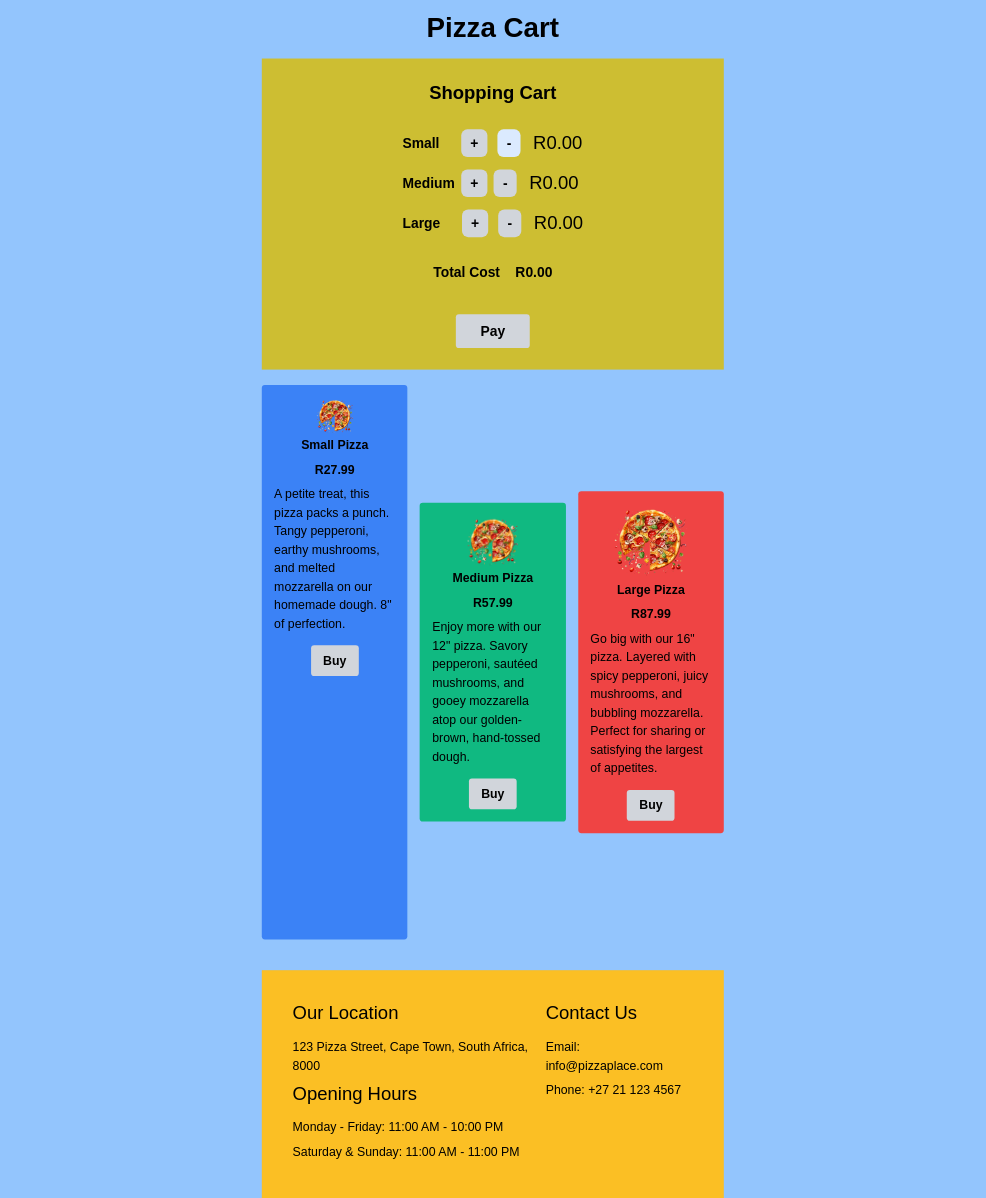
Repository: lasity34/pizza_cart
Page: index.html
An editor plug-in stored every save of this project. The page is shown before and after the next save, followed by the edit.
The browser window is 1280 px wide. The pictures show the whole page, at 77% of full size.
Some web fonts or font styles are not loaded; a fallback is used. Some web libraries are served in a nearby version.

Above is the page before, as saved 2023-07-12 14:17:02.

### index.html
<!DOCTYPE html>
<html lang="en">
  <head>
    <meta charset="UTF-8" />
    <meta name="viewport" content="width=device-width, initial-scale=1.0" />
    <title>Pizza Cart</title>
    <script src="//unpkg.com/alpinejs" defer></script>
    <link
      href="https://cdn.jsdelivr.net/npm/tailwindcss@2.1.2/dist/tailwind.min.css"
      rel="stylesheet"
    />
    <link href="./style.css" rel="stylesheet" />
    <link rel="preconnect" href="https://fonts.googleapis.com">
<link rel="preconnect" href="https://fonts.gstatic.com" crossorigin>
<link href="https://fonts.googleapis.com/css2?family=Titillium+Web:ital@0;1&family=Tsukimi+Rounded:wght@300;400;500&display=swap" rel="stylesheet">
  </head>
  <body x-data="cart" class="bg-blue-300" x-cloak>
    <section class="flex justify-center items-center">
      <h1 class="text-4xl pt-4 font-bold">Pizza Cart</h1>
    </section>

    <section
    class="shop-container my-5 p-7 flex flex-col text-xs   sm:text-base  md:text-lg  lg:text-lg justify-center items-center"
  >
      <h2 class="text-2xl mb-2 font-bold">Shopping Cart</h2>
      <div class="mt-6 flex flex-col items-center">
        <div >
          <div class="flex items-center mb-4">
            <p class="font-bold mr-2">Small</p>
            <div class="ml-5">
              <button
                @click="increment('small')"
                class="bg-gray-300 hover:bg-gray-400 rounded-lg px-3 py-1 mr-2 font-bold"
              >
                +
              </button>
              <button
                @click="decrement('small')"
                class="bg-blue-100 hover:bg-gray-400 rounded-lg px-3 py-1 font-bold"
              >
                -
              </button>
            </div>
            <p class="ml-4 text-2xl">
              R<span x-text="(smallAmount * prices.small).toFixed(2)"
                >0.00</span
              >
            </p>
          </div>
          <div class="flex items-center mb-4">
            <p class="font-bold mr-2 text-red">Medium</p>
            <button
              @click="increment('medium')"
              class="bg-gray-300 hover:bg-gray-400 rounded-lg px-3 py-1 mr-2 font-bold"
            >
              +
            </button>
            <button
              @click="decrement('medium')"
              class="bg-gray-300 hover:bg-gray-400 rounded-lg px-3 py-1 font-bold"
            >
              -
            </button>
            <p class="ml-4 text-2xl">
              R<span x-text="(mediumAmount * prices.medium).toFixed(2)"
                >0.00</span
              >
            </p>
          </div>
          <div class="flex items-center mb-4">
            <p class="font-bold mr-2">Large</p>
            <div class="ml-5">
              <button
                @click="increment('large')"
                class="bg-gray-300 hover:bg-gray-400 rounded-lg px-3 py-1 mr-2 font-bold"
              >
                +
              </button>
              <button
                @click="decrement('large')"
                class="bg-gray-300 hover:bg-gray-400 rounded-lg px-3 py-1 font-bold"
              >
                -
              </button>
            </div>
            <p class="ml-4 text-2xl">
              R<span x-text="(largeAmount * prices.large).toFixed(2)"
                >0.00</span
              >
            </p>
          </div>
        </div>
        <div class="flex justify-center mt-4">
          <p class="font-bold">Total Cost</p>
          <p class="ml-5 font-bold">R<span x-text="total().toFixed(2)">0.00</span></p>
        </div>
        <div class="mt-4">
          <span  x-html="payMessage"></span>
        </div>

        <div class="mt-4" x-show="total() !== 0" x-cloak>
          <label class="font-bold">Payment Amount:</label>
          <input placeholder="Enter payment here" type="number" step="0.01" class="rounded ml-2 py-2" x-model="paymentAmount" />
        </div>
        <div class="mt-6">
          <button
          x-cloak
          @click="paymentTotal()"
            class="bg-gray-300 hover:bg-gray-400 py-2 px-8 rounded font-bold"
          >
            <span x-text="total() === 0 ? 'Pay' : 'Checkout'"></span>
          </button>
        </div>
      </div>
    </section>

    <section class="pizza_columns">
      <div class="flex flex-col gap-4 mx-auto items-center lg:flex-row  justify-center">
        <div class="flex bg-blue-500 rounded p-4 w-4/5 lg: flex flex-col justify-between text-black lg:min-h-screen">
          <div class="flex flex-col items-center justify-center h-full">
            <img src="./pizza.png" width="50" />
            <h3 class="mb-2 font-bold">Small Pizza</h3>
            <h3 class="mb-2 font-bold">R27.99</h3>
            <p class="mb-4">
              A petite treat, this pizza packs a punch. Tangy pepperoni, earthy
              mushrooms, and melted mozzarella on our homemade dough. 8" of
              perfection.
            </p>
            <button
              @click="buy('small')"
              :disabled="smallAdded"
              class="bg-gray-300 hover:bg-gray-400 transition-colors duration-300 py-2 px-4 rounded font-bold"
            >
              Buy
            </button>
          </div>
        </div>
        <div class="pizza_md bg-green-500 rounded p-4  w-4/5 lg:w-4/5 flex flex-col justify-between text-black ">
          <div class="flex flex-col items-center justify-center h-full">
            <img src="./pizza.png" width="70" />
            <h3 class="mb-2 font-bold">Medium Pizza</h3>
            <h3 class="mb-2 font-bold">R57.99</h3>
            <p class="mb-4">
              Enjoy more with our 12" pizza. Savory pepperoni, sautéed
              mushrooms, and gooey mozzarella atop our golden-brown, hand-tossed
              dough.
            </p>
            <button
              @click="buy('medium')"
              :disabled="mediumAdded"
              class="bg-gray-300 hover:bg-gray-400 transition-colors duration-300 py-2 px-4 rounded font-bold"
            >
              Buy
            </button>
          </div>
        </div>
        <div class="pizza_lg bg-red-500 rounded p-4 w-4/5  lg:w-4/5 flex flex-col justify-between text-black md:h-full">
          <div class="flex flex-col items-center justify-center h-full">
            <img src="./pizza.png" width="100" />
            <h3 class="mb-2 font-bold">Large Pizza</h3>
            <h3 class="mb-2 font-bold">R87.99</h3>
            <p class="mb-4">
              Go big with our 16" pizza. Layered with spicy pepperoni, juicy
              mushrooms, and bubbling mozzarella. Perfect for sharing or
              satisfying the largest of appetites.
            </p>
            <button
              @click="buy('large')"
              :disabled="largeAdded"
              class="bg-gray-300 hover:bg-gray-400 transition-colors duration-300 py-2 px-4 rounded font-bold"
            >
              Buy
            </button>
          </div>
        </div>
      </div>


      <footer class="bg-yellow-400 text-black mt-10 p-10">
        <div class="container mx-auto flex justify-between">
          <div>
            <h2 class="text-2xl mb-4">Our Location</h2>
            <p class="mb-2">123 Pizza Street, Cape Town, South Africa, 8000</p>

            <h2 class="text-2xl mb-4">Opening Hours</h2>
            <p class="mb-2">Monday - Friday: 11:00 AM - 10:00 PM</p>
            <p class="mb-2">Saturday & Sunday: 11:00 AM - 11:00 PM</p>
          </div>
          <div>
            <h2 class="text-2xl mb-4">Contact Us</h2>
            <p class="mb-2">Email: info@pizzaplace.com</p>
            <p class="mb-2">Phone: +27 21 123 4567</p>
          </div>
        </div>
      </footer>
    </section>
    <div
    x-show="show"
    x-transition:enter="transition ease-out duration-300"
    x-transition:enter-start="opacity-0 transform scale-90"
    x-transition:enter-end="opacity-100 transform scale-100"
    x-transition:leave="transition ease-in duration-300"
    x-transition:leave-start="opacity-100 transform scale-100"
    x-transition:leave-end="opacity-0 transform scale-90"
    class="fixed inset-0 flex items-center justify-center z-50"
  >
    <div class="bg-green-800 text-white rounded p-5 shadow-lg">

      <p x-text="message"></p>
      <!-- Removed the Close button -->
    </div>
  </div>


    <script src="./pizza.js"></script>
  </body>
</html>

### style.css

body {
    max-width: 600px;
    margin: 0 auto;

font-family: 'Tsukimi Rounded', sans-serif;
}

.shop-container {
    background-color: rgb(205, 190, 50);
}

input::-webkit-outer-spin-button,
input::-webkit-inner-spin-button {
  -webkit-appearance: none;
  margin: 0;
}

input[type="number"] {
  -moz-appearance: textfield;
 text-indent: 10px;
}

[x-cloak] { display: none; }

### pizza.js
function cart() {
  return {
    smallAmount: 0,
    mediumAmount: 0,
    largeAmount: 0,
    paymentAmount: 0,
    message: "",
    payMessage: "",
    smallAdded: false,
    mediumAdded: false,
    largeAdded: false,
    show: false,
    prices: {
      small: 27.99,
      medium: 57.99,
      large: 87.99,
    },
    lastMessageAdded: '',
    increment(size) {
      if (size === "small" && this.smallAdded) {
        this.smallAmount++;
      } else if (size === "medium" && this.mediumAdded) {
        this.mediumAmount++;
      } else if (size === "large" && this.largeAdded) {
        this.largeAmount++;
      }
    },
    buy(size) {
      if (size === "small") {
        this.smallAdded = true;
        this.smallAmount++;  // increment the small pizza count
        this.message = 'Small Pizza has been added';
      } else if (size === "medium") {
        this.mediumAdded = true;
        this.mediumAmount++;  // increment the medium pizza count
        this.message = 'Medium Pizza has been added';
      } else if (size === "large") {
        this.largeAdded = true;
        this.largeAmount++;  // increment the large pizza count
        this.message = 'Large Pizza has been added';
      }
      this.toggleModal();
    },
    decrement(size) {
      if(size === 'small' && this.smallAmount > 0 && this.smallAdded) {
        this.smallAmount--;
        if(this.smallAmount === 0) this.smallAdded = false;
      }
      if(size === 'medium' && this.mediumAmount > 0 && this.mediumAdded) {
        this.mediumAmount--;
        if(this.mediumAmount === 0) this.mediumAdded = false;
      }
      if(size === 'large' && this.largeAmount > 0 && this.largeAdded) {
        this.largeAmount--;
        if(this.largeAmount === 0) this.largeAdded = false;
      }
    },
    total() {
      return (
        this.smallAmount * this.prices.small +
        this.mediumAmount * this.prices.medium +
        this.largeAmount * this.prices.large
      );
    },
    paymentTotal() {
      if (this.paymentAmount < this.total()) {
        this.payMessage = `<p class='flex bg-red-600 text-white py-2 px-4 font-bold text-lg my-3 py-1'>R${(this.total() - this.paymentAmount).toFixed(2)} is needed</p>`;
        setTimeout(() => {
          this.payMessage = "";
        }, 2000);
      } else if (this.paymentAmount > this.total()) {
        this.payMessage = `<p class='flex bg-red-600 text-white py-2 px-4 font-bold text-lg my-3 py-1'>There is R${(this.paymentAmount - this.total()).toFixed(2)} too much</p>`;
        setTimeout(() => {
          this.payMessage = "";
        }, 2000);
      } else if (this.paymentAmount == this.total() && this.total() !== 0) {
        this.payMessage = "<p class='flex bg-green-600 text-white py-2 px-4 font-bold text-lg my-3 py-1'>Enjoy your pizzas<p>";
        this.reset();
        setTimeout(() => {
          this.payMessage = "";
        }, 2000);
      }
    },
    toggleModal() {
      this.show = !this.show;
      if (this.show) {
        setTimeout(() => { this.show = false; }, 2000); // Close after 2 seconds
      }
    },
    reset() {
      this.smallAmount = 0;
      this.mediumAmount = 0;
      this.largeAmount = 0;
      this.paymentAmount = 0;
      this.message = "";

      this.smallAdded = false;
      this.mediumAdded = false;
      this.largeAdded = false;
      this.show = false;
    }
  };
}

document.addEventListener("alpine:init", () => {
  Alpine.data("cart", cart);
});

After the next save:
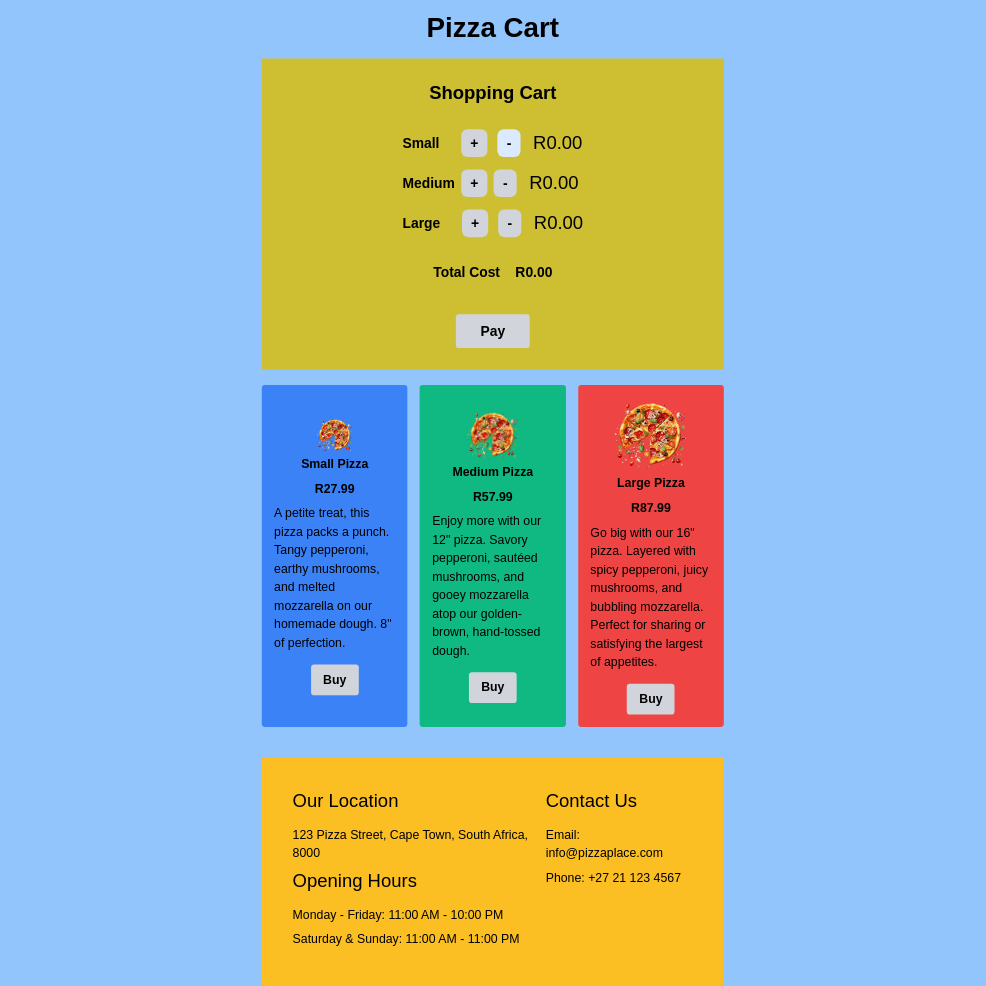
Saved 4 min 59 s later.
--- a/index.html
+++ b/index.html
@@ -115,8 +115,8 @@
     </section>
 
     <section class="pizza_columns">
-      <div class="flex flex-col gap-4 mx-auto items-center lg:flex-row  justify-center">
-        <div class="flex bg-blue-500 rounded p-4 w-4/5 lg: flex flex-col justify-between text-black lg:min-h-screen">
+      <div class="flex flex-col gap-4 mx-auto items-stretch lg:flex-row  justify-center">
+        <div class="flex bg-blue-500 rounded p-4 w-4/5 flex-grow flex-shrink flex flex-col justify-between text-black">
           <div class="flex flex-col items-center justify-center h-full">
             <img src="./pizza.png" width="50" />
             <h3 class="mb-2 font-bold">Small Pizza</h3>
@@ -135,7 +135,7 @@
             </button>
           </div>
         </div>
-        <div class="pizza_md bg-green-500 rounded p-4  w-4/5 lg:w-4/5 flex flex-col justify-between text-black ">
+        <div class="pizza_md bg-green-500 rounded p-4 w-4/5 flex-grow flex-shrink flex flex-col justify-between text-black">
           <div class="flex flex-col items-center justify-center h-full">
             <img src="./pizza.png" width="70" />
             <h3 class="mb-2 font-bold">Medium Pizza</h3>
@@ -154,7 +154,7 @@
             </button>
           </div>
         </div>
-        <div class="pizza_lg bg-red-500 rounded p-4 w-4/5  lg:w-4/5 flex flex-col justify-between text-black md:h-full">
+        <div class="pizza_lg bg-red-500 rounded p-4 w-4/5 flex-grow flex-shrink flex flex-col justify-between text-black">
           <div class="flex flex-col items-center justify-center h-full">
             <img src="./pizza.png" width="100" />
             <h3 class="mb-2 font-bold">Large Pizza</h3>
@@ -174,6 +174,7 @@
           </div>
         </div>
       </div>
+
 
 
       <footer class="bg-yellow-400 text-black mt-10 p-10">
